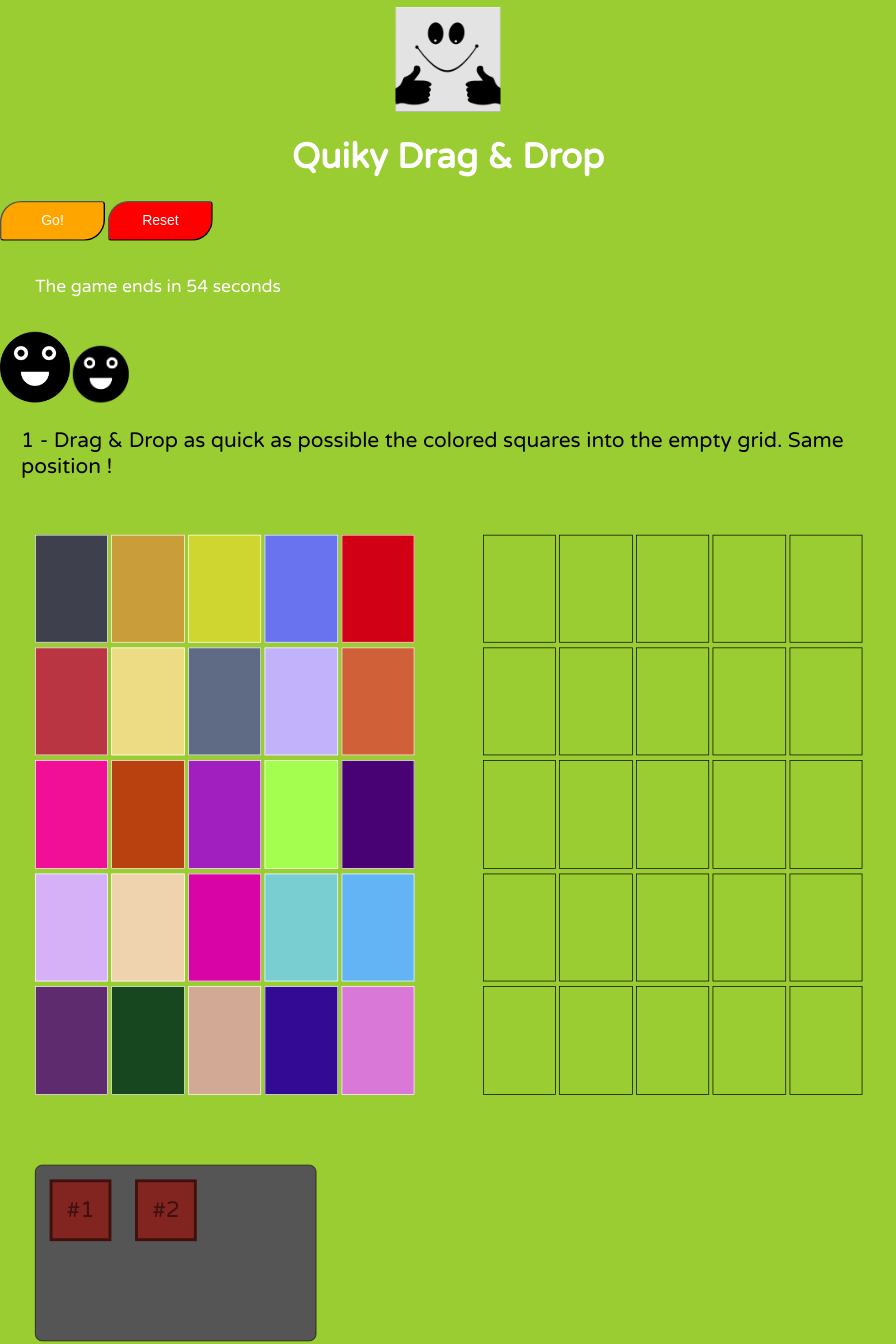
Repository: Siehan/Quiky-drag-and-drop
Page: index.html
The author's editor kept a copy of each file at every save. The page is drawn from the files as they stood at one save, then again after the next save.
The browser window is 1280 px wide. The pictures show the part of the page from y = 0 to 1920 px (the page is 2228 px tall before and 2994 px after), at 70% of full size.

Above is the page before, as saved 2020-01-22 15:26:01.

### index.html
<!DOCTYPE html>
<html lang="en">

<head>
  <meta charset="UTF-8">
  <meta name="viewport" content="width=device-width, initial-scale=1.0">
  <meta http-equiv="X-UA-Compatible" content="ie=edge">
  <link rel="stylesheet" type="text/css" href="style.css">
  <script type="module" src="grid.js"></script>
  <script type="text/javascript"></script>
  <title>Document</title>
</head>

<body>
  <header>
    <img class="thumbs-face" src="images/Thumbs-Up-Smiley-Face.png" alt="thumbs face">
    <h1>Quiky Drag & Drop</h1>
    <button id="button-go">Go!</button>
    <button id="button-reset">Reset</button>
  </header>

  <div id="time"></div>
  <img class="black-face" src="images/1297390581.png" alt="black face">
  <img class="dragImg" src=drag_img.png>

  <p>1 - Drag & Drop as quick as possible the colored squares into the empty grid. Same position !</p>
  <div id="container">

    <div class="container-one"></div>
    <div class="container-two"></div>
  </div>

  <div class="dropper">
    <div class="draggable">#1</div>
    <div class="draggable">#2</div>
  </div>
  <div class="dropper">
    <div class="draggable">#3</div>
    <div class="draggable">#4</div>
  </div>

</body>

</html>

### style.css
@import url("https://fonts.googleapis.com/css?family=Varela+Round&display=swap");

body, html {
  font-family: 'Varela Round', sans-serif;
  background: yellowgreen;
  margin: 0 auto;
  padding: 0;
}

#button-go {
  width: 150px;
  color: white;
  font-size: 20px;
  background-color: orange;
  padding: 15px;
  border-radius: 30px 5px;
}

#button-reset {
  width: 150px;
  color: white;
  font-size: 20px;
  background-color: red;
  padding: 15px;
  border-radius: 30px 5px;
}

h1 {
  color: white;
  text-align: center;
  font-size: 50px;
}

p {
  padding: 30px;
  margin: auto;
  font-family: 'Varela Round', sans-serif;
  font-size: 30px;
  color: black;
}

.black-face {
  width: 100px;
}

.thumbs-face {
  width: 150px;
  display: block;
  margin-left: auto;
  margin-right: auto;
  padding-top: 10px;
  margin: auto;
}

.dragImg {
  width: 80px;
}

#container {
  display: flex;
}

.container-one {
  display: grid;
  padding: 50px;
  grid-template-columns: repeat(5,1fr);
  grid-template-rows: repeat(5,1fr);
  width: 800px;
  height: 800px;
  grid-gap: 7px;
}
.container-two {
  display: grid;
  padding: 50px;
  grid-template-columns: repeat(5,1fr);
  grid-template-rows: repeat(5,1fr);
  width: 800px;
  height: 800px;
  grid-gap: 7px;
}

.container-one div {
  border: 1.5px solid white;
  width: 100%;
}

.container-two div {
  border: 1.5px solid black;
  width: 100%;
}

#time {
  padding: 50px;
  margin: auto;
  color: white;
  font-size: 25px;
}

.dropper {
    margin: 50px 10px 10px 50px;
    width: 400px;
    height: 250px;
    background-color: #555;
    border: 1px solid #111;

    border-radius: 10px;
    transition: all 200ms linear;
}

.drop_hover {
    box-shadow: 0 0 30px rgba(0, 0, 0, 0.8) inset;
}

.draggable {
    display: inline-block;
    margin: 20px 10px 10px 20px;
    padding-top: 20px;
    width: 80px;
    height: 60px;
    color: #3D110F;
    background-color: #822520;
    border: 4px solid #3D110F;
    text-align: center;
    font-size: 2em;
    cursor: move;

    transition: all 200ms linear;
    user-select: none;
}

### grid.js
function selectGeometricForms() {
    const btn = document.getElementById("button-go");
    const btnReset = document.getElementById("button-reset");
}

function setBlockColor() {
    const cases = document.querySelectorAll(".container-one div");
    cases.forEach(
        c =>
            c.style.background = getRandomColor())
}

function getRandomColor() {
    var letters = '0123456789ABCDEF';
    var color = '#';
    for (var i = 0; i < 6; i++) {
        color += letters[Math.floor(Math.random() * 16)];
    }
    return color;
}

function hourglass(id, cpt, lim, prev, next, callback) {
    (function f() {
        var el = document.getElementById(id);
        el.innerHTML = prev + cpt + next;
        if (cpt > lim) {
            cpt--;
            setTimeout(f, 999);
        } else if (callback) {
            callback();
        }
    })();
}

window.onload = function () {
    hourglass('time', 59, 0, 'The game ends in ', ' seconds', function () {
        alert("Game over !");
    });
};

for (let i = 0; i <= 24; i++) {
    var containerOne = document.querySelector(".container-one");
    var newDiv = document.createElement("div");
    newDiv.className = ("caseOne-" + i + " caseTableau1")
    containerOne.appendChild(newDiv);
}
console.log(containerOne);

for (let i = 0; i <= 24; i++) {
    var containerTwo = document.querySelector(".container-two");
    var newDiv2 = document.createElement("div");
    newDiv2.className = ("caseTwo-" + i + " caseTableau2")
    containerTwo.appendChild(newDiv2);
}
console.log(containerTwo);

(function () {

    var dndHandler = {

        draggedElement: null, // Propriété pointant vers l'élément en cours de déplacement

        applyDragEvents: function (element) {

            element.draggable = true;

            var dndHandler = this; // Cette variable est nécessaire pour que l'événement « dragstart » ci-dessous accède facilement au namespace « dndHandler »

            element.addEventListener('dragstart', function (e) {
                dndHandler.draggedElement = e.target; // On sauvegarde l'élément en cours de déplacement
                e.dataTransfer.setData('text/plain', ''); // Nécessaire pour Firefox
            });

        },

        applyDropEvents: function (dropper) {

            dropper.addEventListener('dragover', function (e) {
                e.preventDefault(); // On autorise le drop d'éléments
                this.className = 'dropper drop_hover'; // Et on applique le style adéquat à notre zone de drop quand un élément la survole
            });

            dropper.addEventListener('dragleave', function () {
                this.className = 'dropper'; // On revient au style de base lorsque l'élément quitte la zone de drop
            });

            var dndHandler = this; // Cette variable est nécessaire pour que l'événement « drop » ci-dessous accède facilement au namespace « dndHandler »

            dropper.addEventListener('drop', function (e) {

                var target = e.target,
                    draggedElement = dndHandler.draggedElement, // Récupération de l'élément concerné
                    clonedElement = draggedElement.cloneNode(true); // On créé immédiatement le clone de cet élément

                while (target.className.indexOf('dropper') == -1) { // Cette boucle permet de remonter jusqu'à la zone de drop parente
                    target = target.parentNode;
                }

                target.className = 'dropper'; // Application du style par défaut

                clonedElement = target.appendChild(clonedElement); // Ajout de l'élément cloné à la zone de drop actuelle
                dndHandler.applyDragEvents(clonedElement); // Nouvelle application des événements qui ont été perdus lors du cloneNode()

                draggedElement.parentNode.removeChild(draggedElement); // Suppression de l'élément d'origine

            });
        }
    };

    var elements = document.querySelectorAll('.draggable'),
        elementsLen = elements.length;

    for (var i = 0; i < elementsLen; i++) {
        dndHandler.applyDragEvents(elements[i]); // Application des paramètres nécessaires aux éléments déplaçables
    }

    var droppers = document.querySelectorAll('.dropper'),
        droppersLen = droppers.length;

    for (var i = 0; i < droppersLen; i++) {
        dndHandler.applyDropEvents(droppers[i]); // Application des événements nécessaires aux zones de drop
    }

})();

var dragImg = new Image();
dragImg.src = 'drag_img.png';

document.querySelector('*[draggable="true"]').addEventListener('dragstart', function (e) {
    e.dataTransfer.setDragImage(dragImg, 40, 40); // Une position de 40x40 pixels centrera l'image (de 80x80 pixels) sous le curseur

});


setBlockColor()

After the next save:
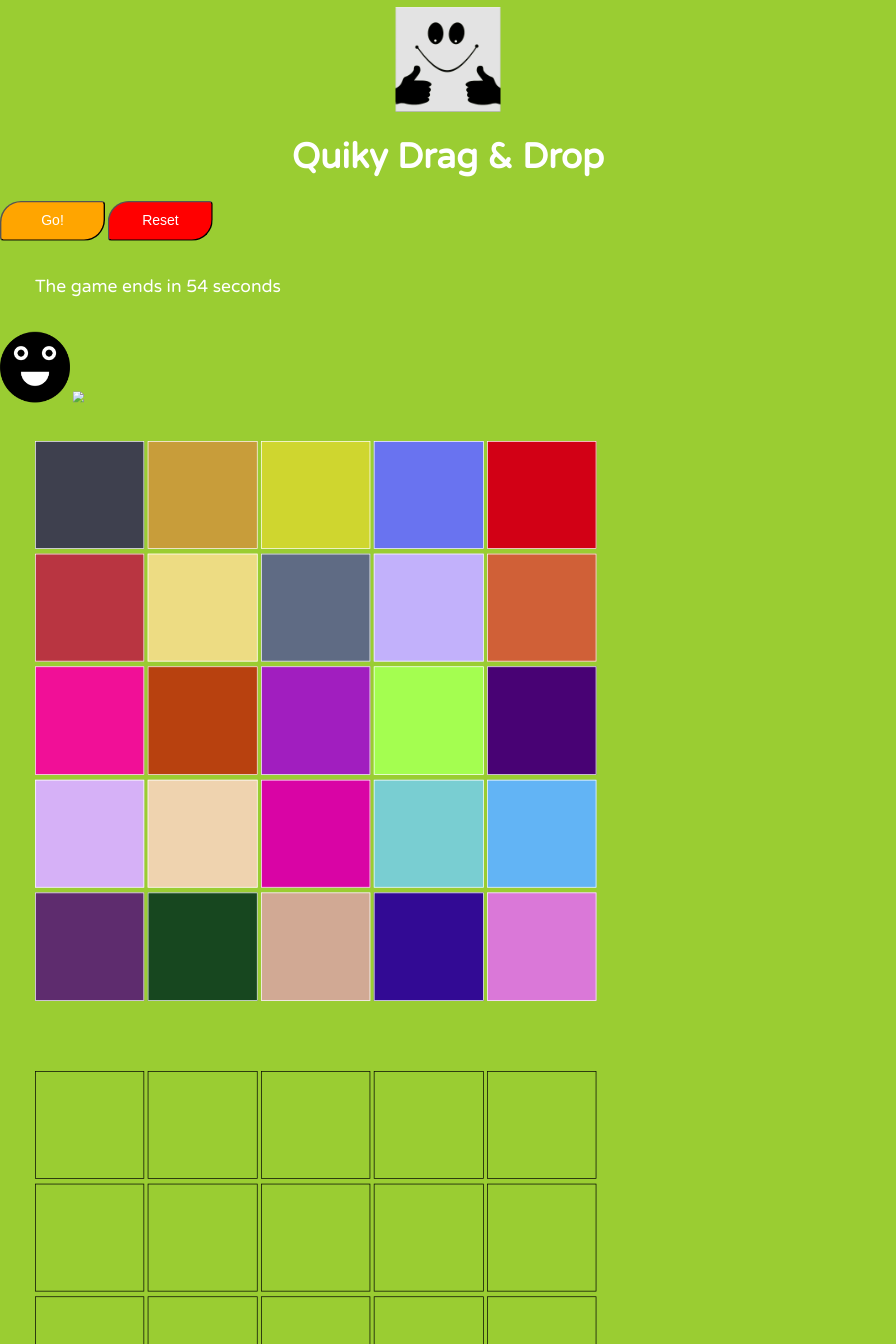
Saved 45 s later.
--- a/index.html
+++ b/index.html
@@ -21,7 +21,7 @@
 
   <div id="time"></div>
   <img class="black-face" src="images/1297390581.png" alt="black face">
-  <img class="dragImg" src=drag_img.png>
+  <img class="dragImg" src="drag_img.png>
 
   <p>1 - Drag & Drop as quick as possible the colored squares into the empty grid. Same position !</p>
   <div id="container">

After the save that followed:
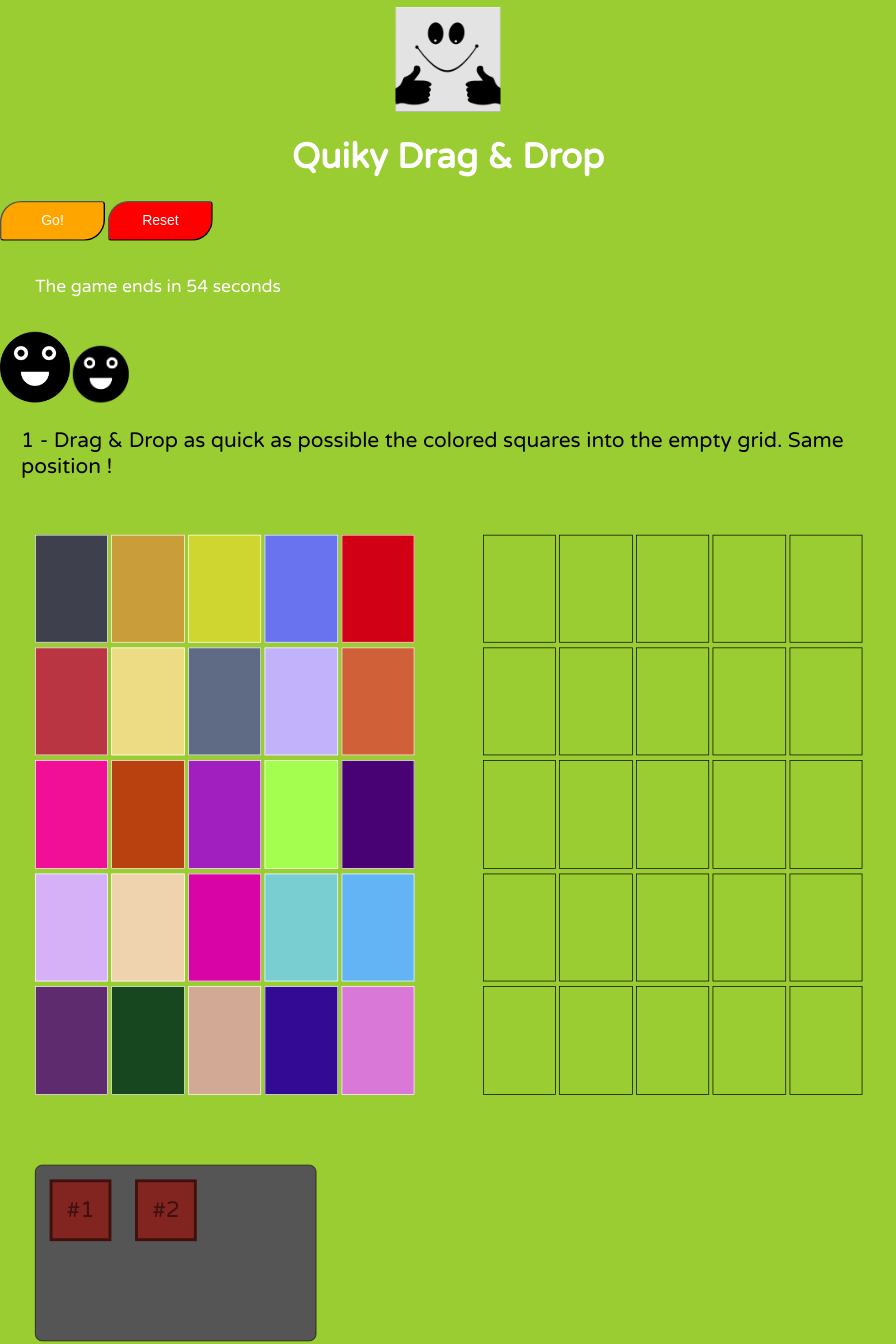
Saved 4 s later.
--- a/index.html
+++ b/index.html
@@ -21,7 +21,7 @@
 
   <div id="time"></div>
   <img class="black-face" src="images/1297390581.png" alt="black face">
-  <img class="dragImg" src="drag_img.png>
+  <img class="dragImg" src="drag_img.png">
 
   <p>1 - Drag & Drop as quick as possible the colored squares into the empty grid. Same position !</p>
   <div id="container">
